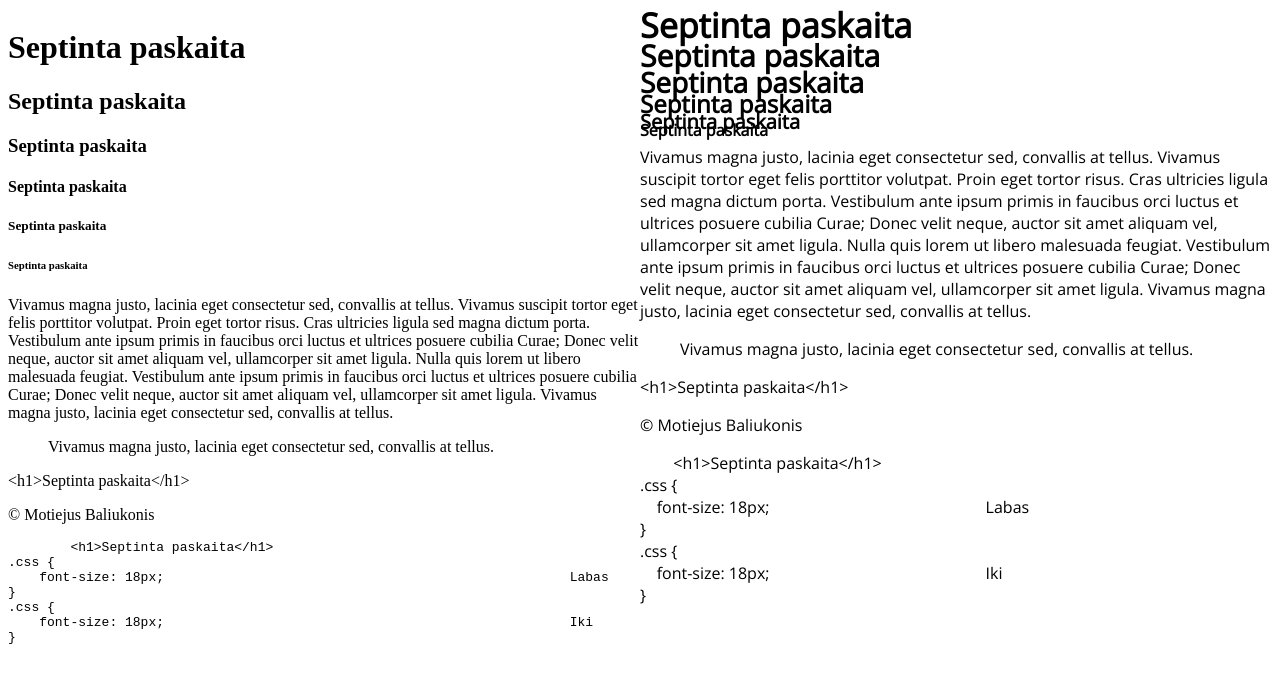
Repository: motiejus1/07-paskaita-05.31
Page: index.html
These files come from the project's save history. The page is drawn as it stood at one moment and after the next save; the edit follows.
The browser window is 1280 px wide. The pictures show the whole page.

Above is the page before, as saved 2021-06-10 20:05:44.

After the next save:
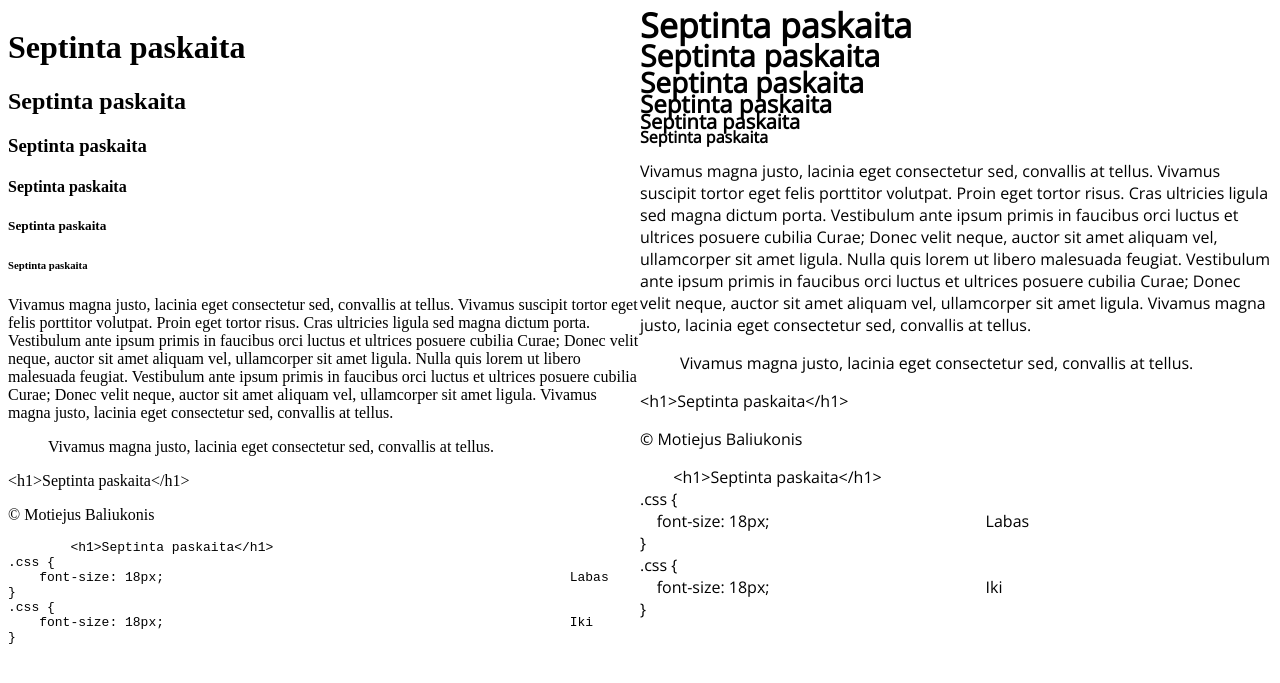
Saved 11 s later.
--- a/index.html
+++ b/index.html
@@ -59,7 +59,7 @@
 
         .right h6 {
             font-size: 16px;
-            line-height: 0px;
+            line-height: 14px;
         }
 
     </style>
